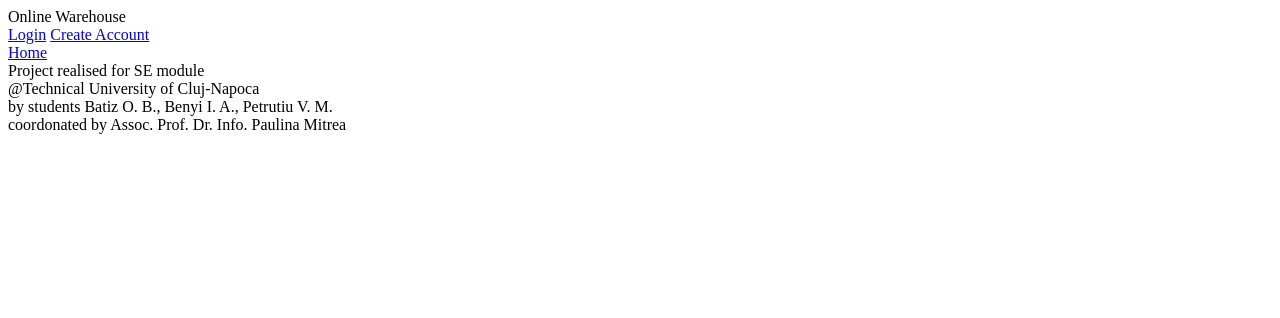
Repository: orsi-batiz/SEwithJSP
Page: http://localhost/OnlineWarehouse/createAccount.jsp
The author's editor kept a copy of each file at every save. The page is drawn from the files as they stood at one save, then again after the next save.
The browser window is 1280 px wide. The pictures show the whole page.
The page is served by Tomcat 9. Other server files are loaded and not shown.

Above is the page before, as saved 2019-01-16 12:18:32.

### OnlineWarehouse/OnlineWarehouse/WebContent/createAccount.jsp
<%@ page language="java" contentType="text/html; charset=ISO-8859-1"
    pageEncoding="ISO-8859-1"%>
<!DOCTYPE html>
<html>
<head>
<meta charset="ISO-8859-1">
<title>Create account</title>
</head>
<body>
<jsp:include page="header.jsp" />
<jsp:include page="menu.jsp" />

<jsp:include page="footer.jsp" />
</body>
</html>

### OnlineWarehouse/OnlineWarehouse/WebContent/header.jsp
<%@ page language="java" contentType="text/html; charset=UTF-8"
    pageEncoding="UTF-8"%>
<%@ taglib uri="http://java.sun.com/jsp/jstl/core" prefix="c"%>

<div class="header-container">

    <div class="site-name">Online Warehouse</div>

    <div class="header-bar">
    	<!--
        <c:if test="${pageContext.request.userPrincipal.name != null}">
        Hello
           <a href="${pageContext.request.contextPath}/accountInfo">
                ${pageContext.request.userPrincipal.name} </a>
         &nbsp;|&nbsp;
           <a href="${pageContext.request.contextPath}/logout">Logout</a>

        </c:if>
        <c:if test="${pageContext.request.userPrincipal.name == null}">
            <a href="${pageContext.request.contextPath}/login">Login</a>
            <a href="${pageContext.request.contextPath}/createAccount">Create Account</a>
        </c:if>
        -->
        <a href="${pageContext.request.contextPath}/login.jsp" >Login</a>
        <a href="${pageContext.request.contextPath}/createAccount.jsp" >Create Account</a>
    </div>
</div>

### OnlineWarehouse/OnlineWarehouse/WebContent/menu.jsp
<%@ page language="java" contentType="text/html; charset=UTF-8"
    pageEncoding="UTF-8"%>

<div class="menu-container">

   <a href="${pageContext.request.contextPath}/index.jsp">Home</a>
   <!-- |
   <a href="${pageContext.request.contextPath}/productList">
      Product List
   </a>
   |
   <a href="${pageContext.request.contextPath}/shoppingCart">
      My Cart
   </a>
   |
   <security:authorize  access="hasAnyRole('ROLE_MANAGER','ROLE_EMPLOYEE')">
     <a href="${pageContext.request.contextPath}/orderList">
         Order List
     </a>
     |
   </security:authorize>

   <security:authorize  access="hasRole('ROLE_MANAGER')">
         <a href="${pageContext.request.contextPath}/product">
                        Create Product
         </a>
         |
   </security:authorize>
  -->
</div>

### OnlineWarehouse/OnlineWarehouse/WebContent/footer.jsp
<%@ page language="java" contentType="text/html; charset=UTF-8"
    pageEncoding="UTF-8"%>


<div class="footer-container">

   Project realised for SE module
   <br>
   @Technical University of Cluj-Napoca
   <br>
   by students Batiz O. B., Benyi I. A., Petrutiu V. M.
   <br>
   coordonated by Assoc. Prof. Dr. Info. Paulina Mitrea

</div>

After the next save:
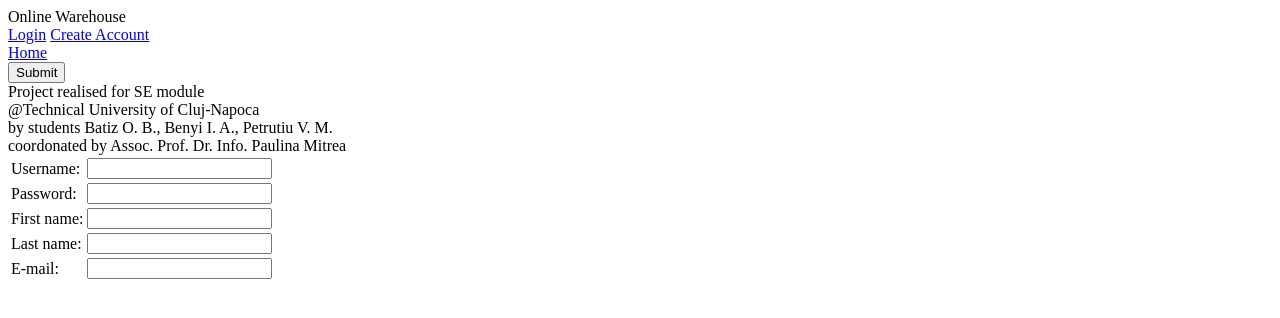
Saved 2 min 33 s later.
--- a/OnlineWarehouse/OnlineWarehouse/WebContent/createAccount.jsp
+++ b/OnlineWarehouse/OnlineWarehouse/WebContent/createAccount.jsp
@@ -10,6 +10,31 @@
 <jsp:include page="header.jsp" />
 <jsp:include page="menu.jsp" />
 
+<form action="createAccount" method="post">
+			<table style="with: 50%">
+				<tr>
+					<td>Username: </td>
+					<td><input type="text" name="username" /></td>
+				</tr>
+				<tr>
+					<td>Password: </td>
+					<td><input type="password" name="password" /></td>
+				</tr>
+				<tr>
+					<td>First name:</td>
+					<td><input type="text" name="firstName" /></td>
+				</tr>
+					<tr>
+					<td>Last name:</td>
+					<td><input type="text" name="lastName" /></td>
+				</tr>
+					<tr>
+					<td>E-mail:</td>
+					<td><input type="text" name="email" /></td>
+				</tr>
+
+			<input type="submit" value="Submit" /></form>
+
 <jsp:include page="footer.jsp" />
 </body>
 </html>
